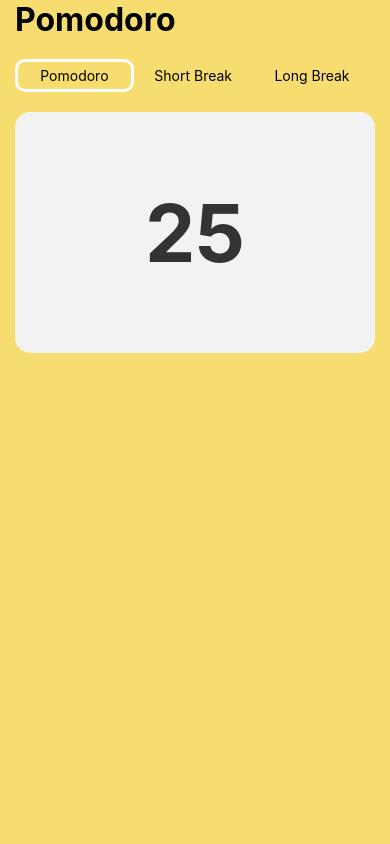
Repository: rchavarria77/pomodoro-app
Screen: /
The author's editor kept a copy of each file at every save. The screen is drawn from the files as they stood at one save, then again after the next save.
The app was drawn by React Native's web renderer in a window 390 px wide. The project was rebuilt for these pictures with package versions that can differ from the ones it lists, and the page was loaded fresh each time.

Above is the screen before, as saved 2024-02-01 01:02:59.

### App.js
import { useState } from 'react';
import { Platform, SafeAreaView, StyleSheet, Text, View } from 'react-native';
import { Header } from './src/components/Header';
import { Timer } from './src/components/Timer';

const colors = ['#F7DC6F', '#A2D9CE', '#D7BDE2'];

export default function App() {
  const [isWorking, setIsWorking] = useState(false);
  const [time, setTime] = useState(25 * 60);
  const [currentTime, setCurrentTime] = useState('POMO' | 'SHORT' | 'BREAK');

  return (
    <SafeAreaView
      style={[styles.container, { backgroundColor: colors[currentTime] }]}
    >
      <View
        style={{
          paddingHorizontal: 15,
          paddingTop: Platform.OS === 'android' && 30,
          flex: 1,
        }}
      >
        <Text style={styles.text}>Pomodoro</Text>
        <Header
          setTime={setTime}
          currentTime={currentTime}
          setCurrentTime={setCurrentTime}
        />
        <Timer time={time} />
      </View>
    </SafeAreaView>
  );
}

const styles = StyleSheet.create({
  container: {
    flex: 1,
  },
  text: { fontSize: 32, fontWeight: 'bold' },
});

### src/components/Header.jsx
import { StyleSheet, Text, TouchableOpacity, View } from 'react-native';

const options = ['Pomodoro', 'Short Break', 'Long Break'];

export const Header = ({ setTime, currentTime, setCurrentTime }) => {
  const handlePress = (index) => {
    const newTime = index === 0 ? 25 : index === 1 ? 5 : 15;
    setCurrentTime(index);
    setTime(newTime * 60);
  };

  return (
    <View style={{ flexDirection: 'row' }}>
      {options.map((option, i) => (
        <TouchableOpacity
          key={i}
          style={[
            styles.itemStyle,
            currentTime !== i && { borderColor: 'transparent' },
          ]}
          onPress={() => handlePress(i)}
        >
          <Text>{option}</Text>
        </TouchableOpacity>
      ))}
    </View>
  );
};

const styles = StyleSheet.create({
  itemStyle: {
    width: '33%',
    borderWidth: 3,
    padding: 5,
    borderColor: 'white',
    marginVertical: 20,
    borderRadius: 10,
    alignItems: 'center',
  },
});

### src/components/Timer.jsx
import { StyleSheet, Text, View } from 'react-native';

export const Timer = ({ time }) => {
  const formattedTime = `${Math.floor(time / 60)
    .toString()
    .padStart('2', 0)}`;

  return (
    <View style={styles.container}>
      <Text style={styles.time}>{formattedTime}</Text>
    </View>
  );
};

const styles = StyleSheet.create({
  container: {
    flex: 0.3,
    justifyContent: 'center',
    backgroundColor: '#F2F2F2',
    padding: 15,
    borderRadius: 15,
  },
  time: {
    fontSize: 80,
    fontWeight: 'bold',
    textAlign: 'center',
    color: '#333333',
  },
});

After the next save:
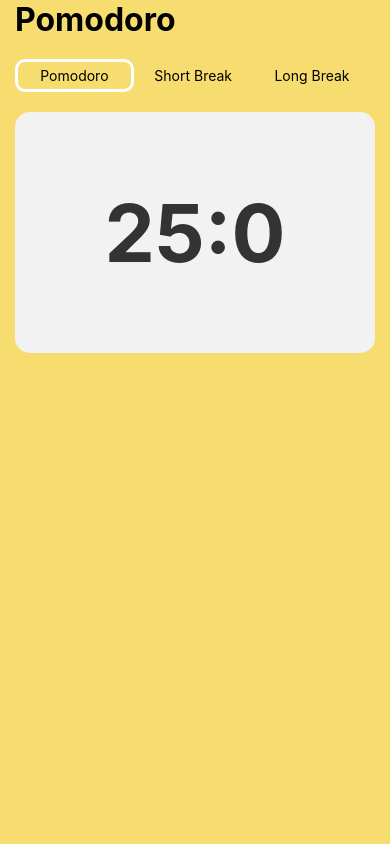
Saved 30 s later.
--- a/src/components/Timer.jsx
+++ b/src/components/Timer.jsx
@@ -3,7 +3,7 @@ import { StyleSheet, Text, View } from 'react-native';
 export const Timer = ({ time }) => {
   const formattedTime = `${Math.floor(time / 60)
     .toString()
-    .padStart('2', 0)}`;
+    .padStart('2', 0)}:${time % 60}`;
 
   return (
     <View style={styles.container}>
